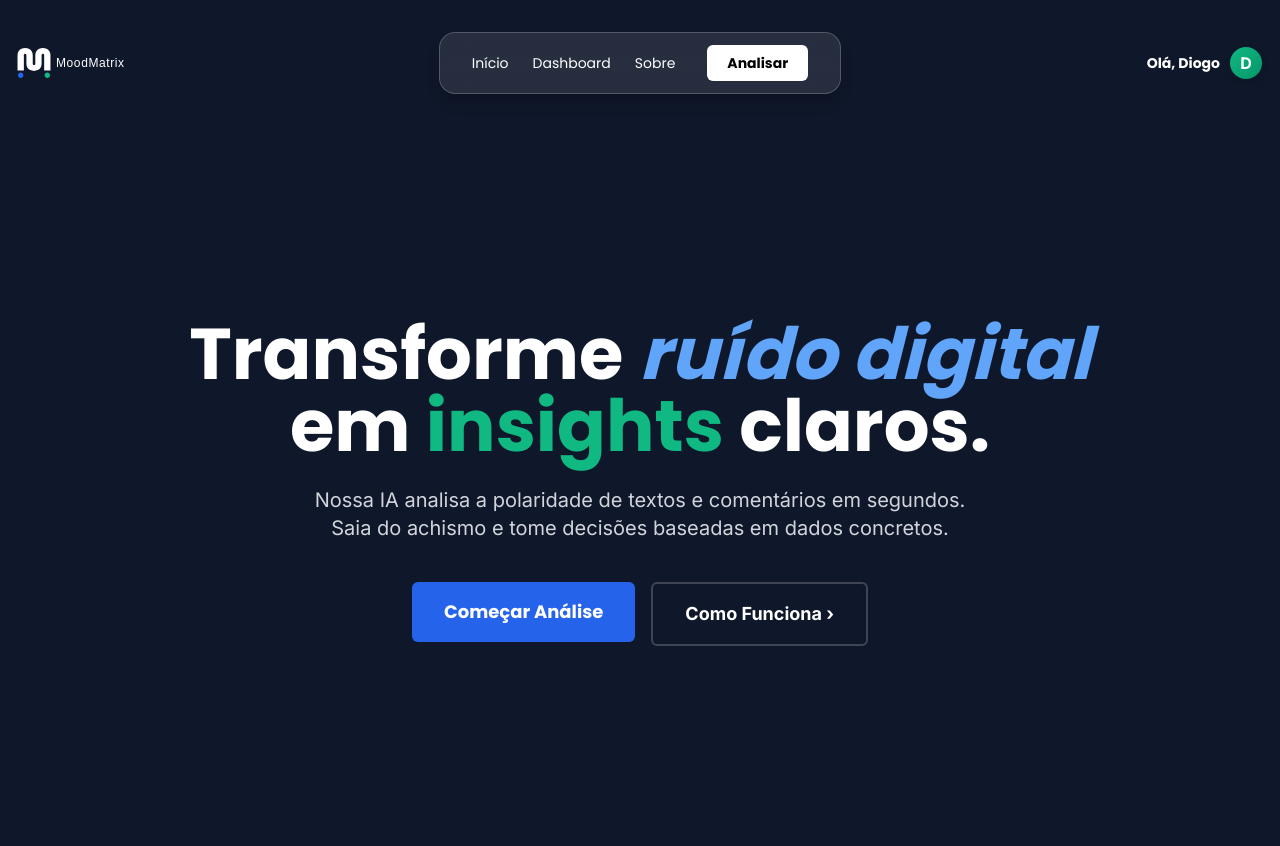
Repository: Hackaton-ONE/hackathon-Frontend
Page: /
The author's editor kept a copy of each file at every save. The page is drawn from the files as they stood at one save, then again after the next save.
The browser window is 1280 px wide. The pictures show the whole page.
Some web fonts or font styles are not loaded; a fallback is used. The project was rebuilt for these pictures with package versions that can differ from the ones it lists, and the page was loaded fresh each time. The framework's server and built-in components were replaced by stand-ins that run in the browser. Also part of the build but not shown: next.config.ts.

Above is the page before, as saved 2026-01-02 10:06:48.

After the next save:
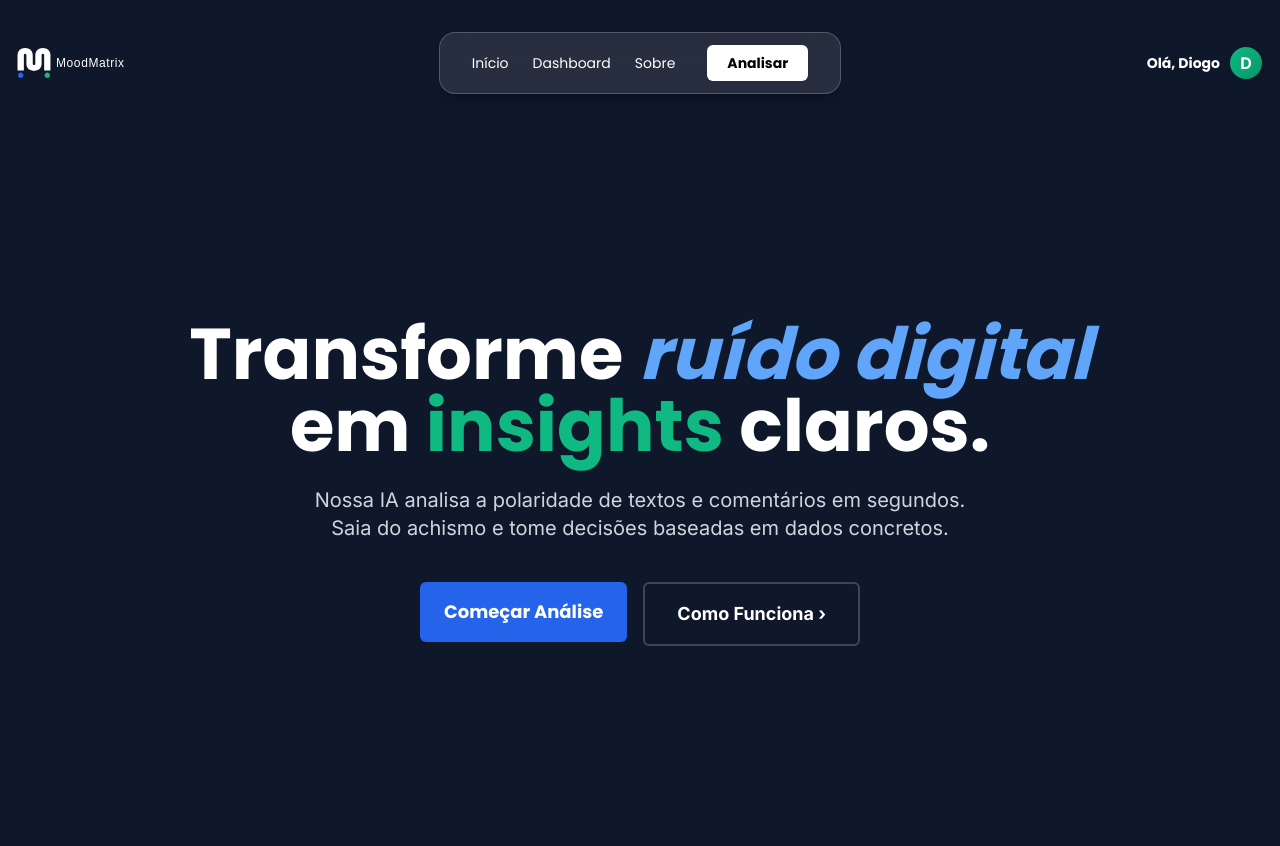
Saved 10 s later.
--- a/components/HeroSection.tsx
+++ b/components/HeroSection.tsx
@@ -36,7 +36,7 @@ export function HeroSection() {
         {/* BOTÕES DE AÇÃO (CTA) */}
         <div className="flex flex-col sm:flex-row gap-4 w-full sm:w-auto">
           <Link href="/analisar">
-            <Button variant="primary" className="w-full sm:w-auto text-lg px-8 py-4 bg-blue-default hover:bg-neon-green font-poppins">
+            <Button variant="primary" className="w-full sm:w-auto text-lg px-10 py-4 bg-blue-default hover:bg-neon-green font-poppins">
               Começar Análise
             </Button>
           </Link>
